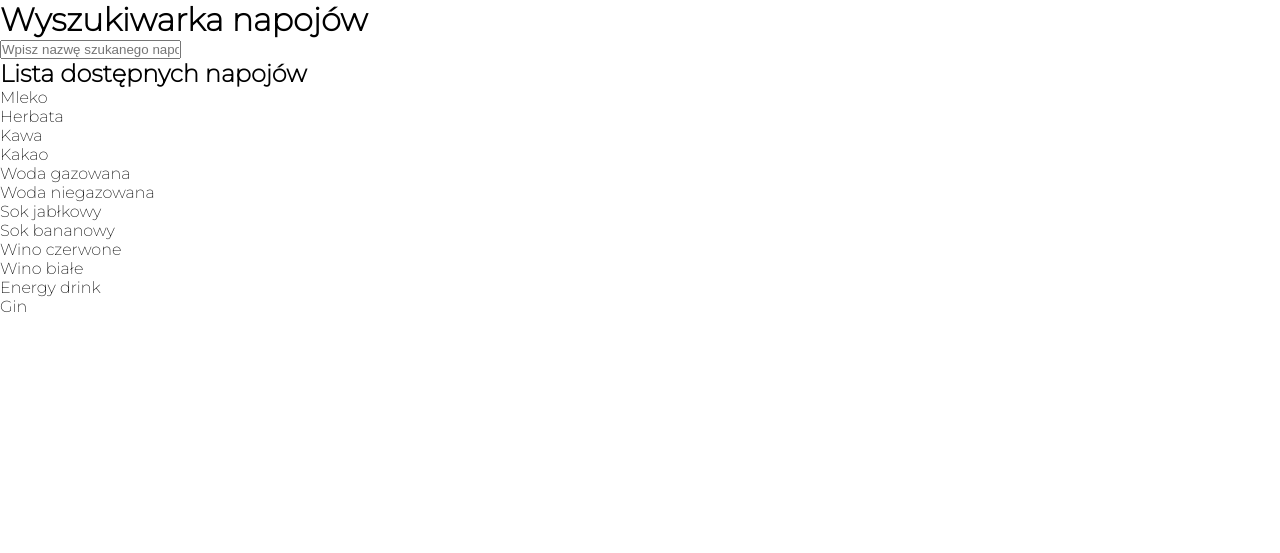
Repository: KrzysKolo/Projekt-1_Wyszukiwarka_napojow
Page: index.html
These files come from the project's save history. The page is drawn as it stood at one moment and after the next save; the edit follows.
The browser window is 1280 px wide. The pictures show the whole page.

Above is the page before, as saved 2020-06-29 04:13:17.
Not found: script.js

After the next save:
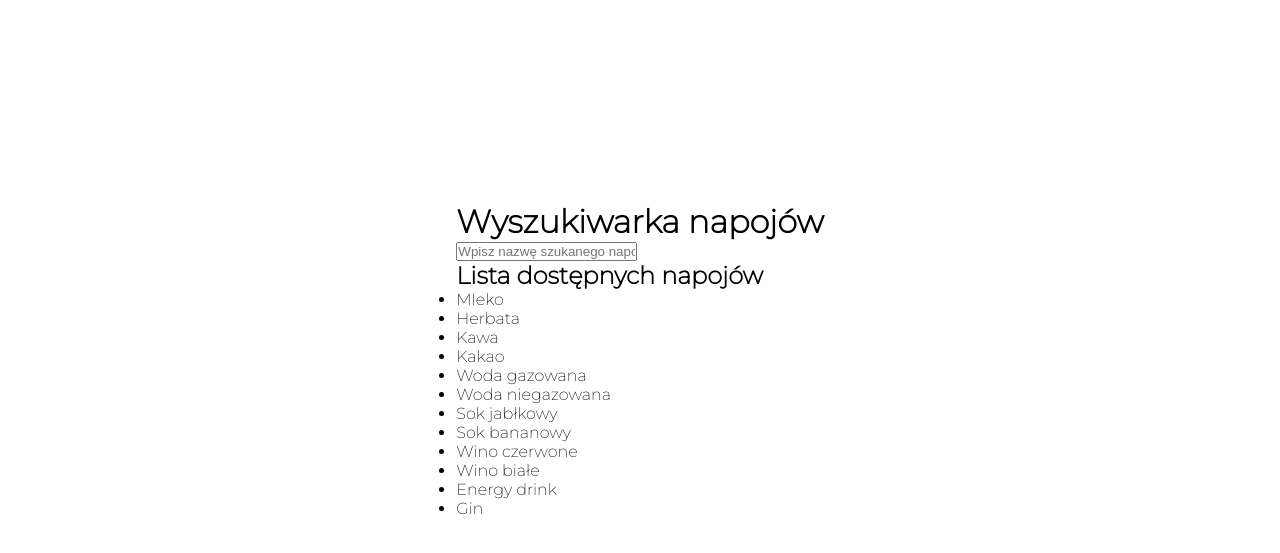
Saved 22 h 54 min later.
--- a/css/style.css
+++ b/css/style.css
@@ -6,7 +6,11 @@
   box-sizing: inherit;
 }
 body {
+  display: flex;
+  justify-content: center;
+  align-items: center;
+  min-height: 100vh;
   box-sizing: border-box;
-  //font-family: 'Dancing Script', cursive;
   font-family: "Montserrat", sans-serif;
+  background-color: rgba(218, 212, 199), 0.8;
 }
